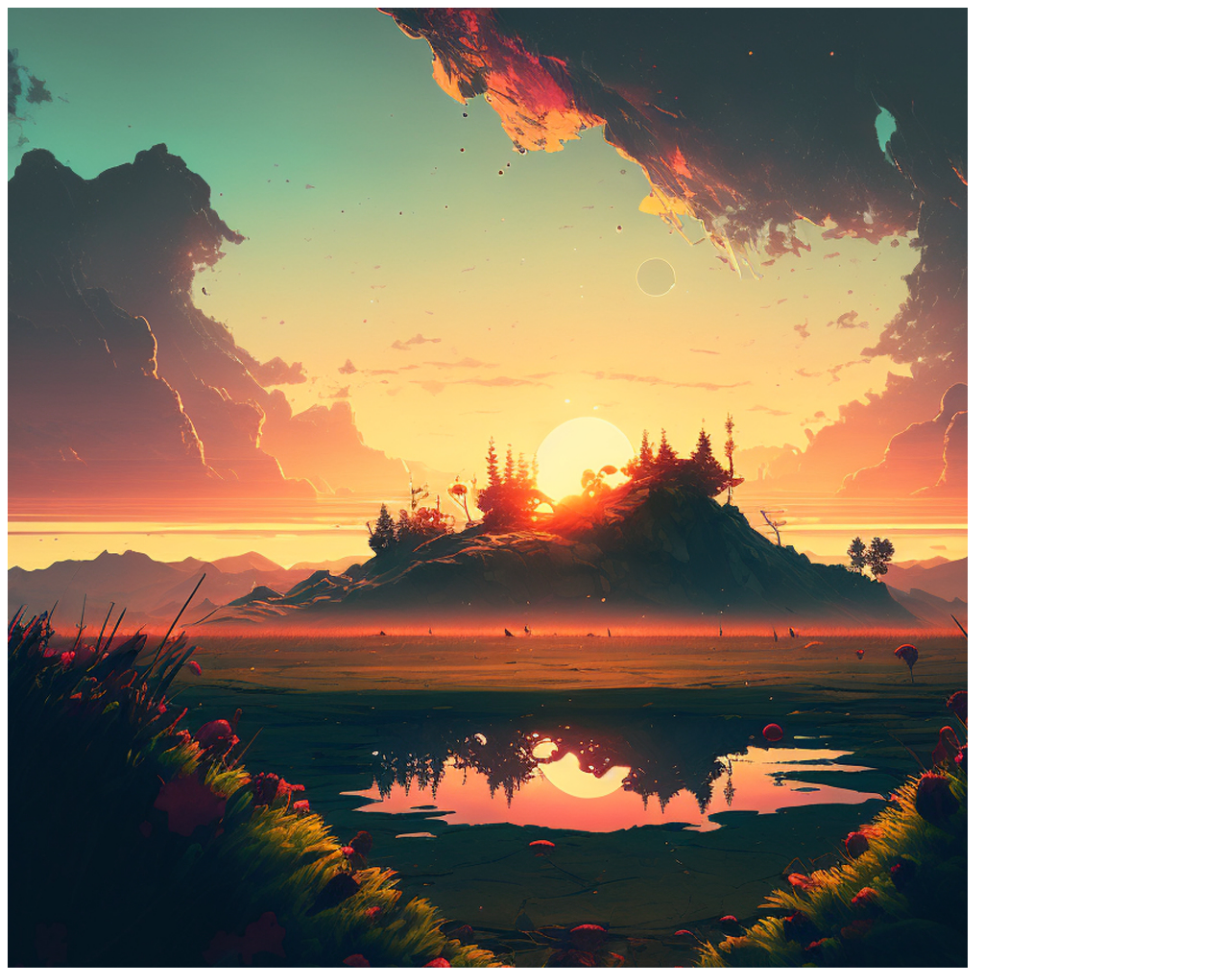
Repository: TheBiggestFatCat/myblog-frontend
Page: /
An editor plug-in stored every save of this project. The page is shown before and after the next save, followed by the edit.
The browser window is 1280 px wide. The pictures show the whole page, at 96% of full size.
The project was rebuilt for these pictures with package versions that can differ from the ones it lists, and the page was loaded fresh each time. Also part of the build but not shown: vite.config.ts, src/style.css.

Above is the page before, as saved 2023-02-21 22:33:22.

### src/App.vue
<script setup lang="ts">
import Home from './components/Home/Home.vue';
</script>

<template>
  <Home/>
</template>

<style scoped>
</style>

### src/components/Home/Home.vue
<template>
  <div class="home">

  </div>
</template>

<script lang='ts' setup>
</script>

<style lang="less" scoped>
.home {
  width: 1000px;
  height: 1000px;
  background-image: url(@/assets/pics/home1.jpg);
}
</style>

Loaded but not shown: index.html (common file); src/main.ts (common file)

After the next save:
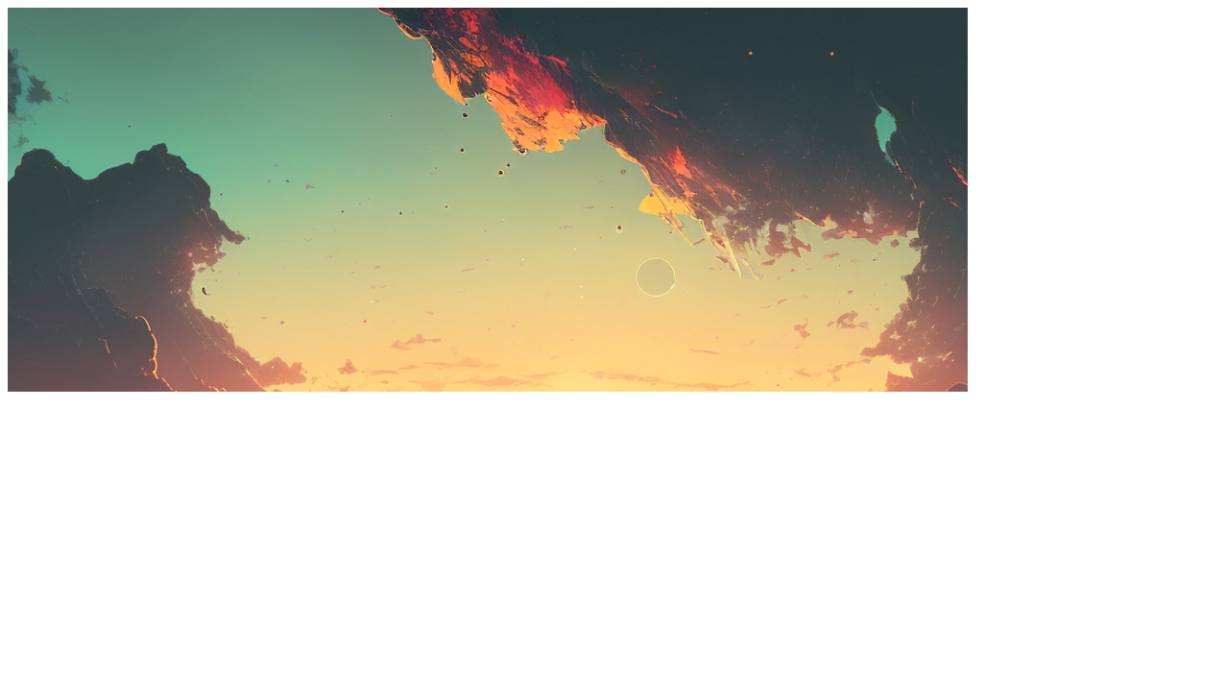
Saved 4 days later.
--- a/src/components/Home/Home.vue
+++ b/src/components/Home/Home.vue
@@ -10,7 +10,7 @@
 <style lang="less" scoped>
 .home {
   width: 1000px;
-  height: 1000px;
+  height: 400px;
   background-image: url(@/assets/pics/home1.jpg);
 }
 </style>
